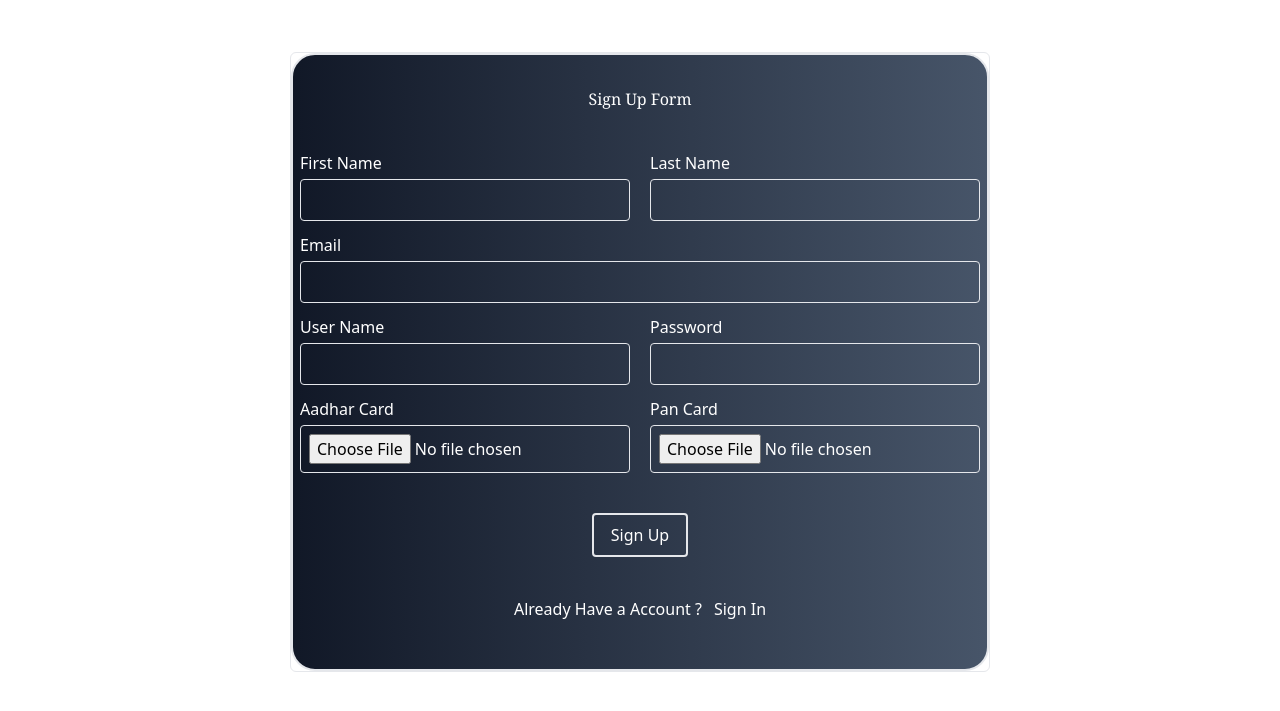
Repository: OmkarTidke8080/Assessment
Page: /sign-in (app in frontend/)
The author's editor kept a copy of each file at every save. The page is drawn from the files as they stood at one save, then again after a run of saves.
The browser window is 1280 px wide. The pictures show the whole page.
The project was rebuilt for these pictures with package versions that can differ from the ones it lists, and the page was loaded fresh each time. Also part of the build but not shown: frontend/vite.config.js, frontend/src/components/HomePage.jsx.

Above is the page before, as saved 2024-10-19 18:52:51.

After the next 2 saves:
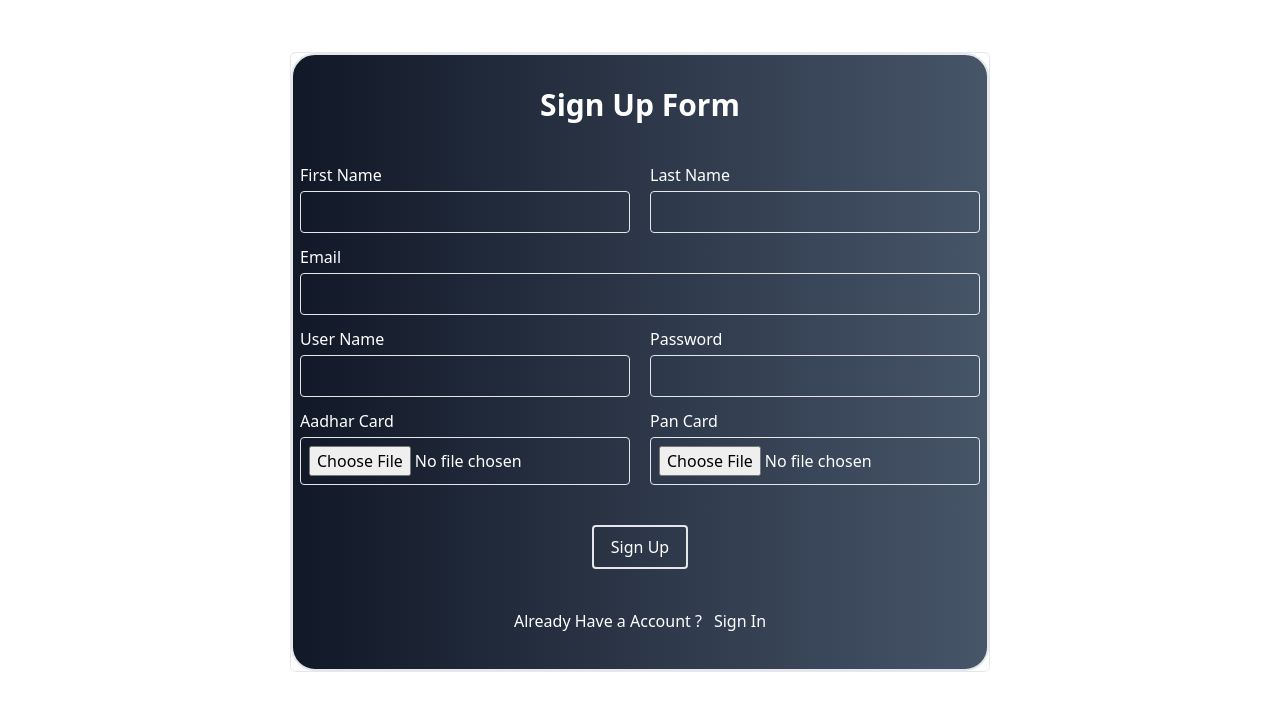
The 2 saves are shown as one change because they came seconds apart.
The last was saved 44 s later.
--- a/frontend/src/components/SignUp.jsx
+++ b/frontend/src/components/SignUp.jsx
@@ -6,8 +6,11 @@ function SignUp() {
       <div className="flex justify-center items-center mt-5">
         <div className="flex border  rounded-md h-[620px] w-[700px]">
           <div className="form border-2 rounded-3xl text-white w-full bg-gradient-to-r from-gray-900 to-slate-600 ">
-            <div className="form-heading font-medium font-serif mt-8">
-              <h1>Sign Up Form</h1>
+            <div className="form-heading text-center mt-8 mb-6">
+              <h1 className="text-3xl font-bold text-white mb-2">
+                Sign Up Form
+              </h1>
+
             </div>
             <form>
               <div className="flex justify-center mt-10 ">
